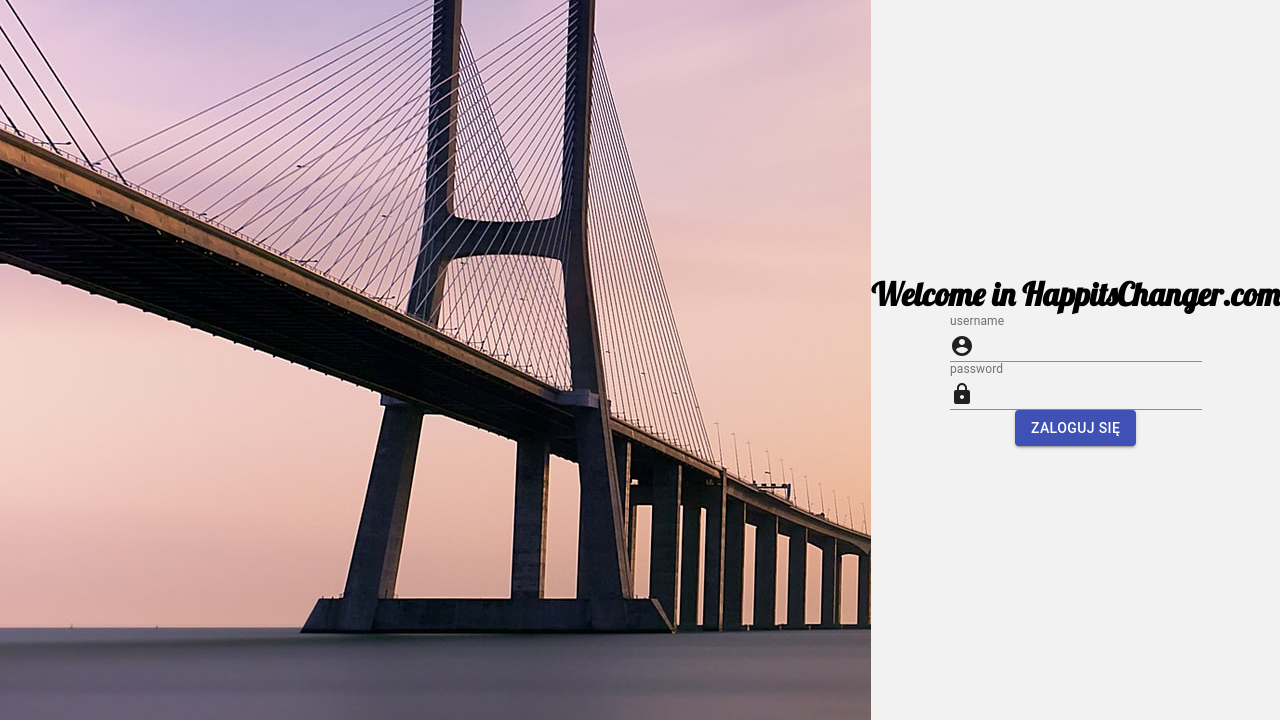
Repository: pgruca96/HappitsChanger
Page: /
These files come from the project's save history. The page is drawn as it stood at one moment and after the next save; the edit follows.
The browser window is 1280 px wide. The pictures show the whole page.
The project was rebuilt for these pictures with package versions that can differ from the ones it lists, and the page was loaded fresh each time.

Above is the page before, as saved 2020-10-25 15:04:08.

After the next save:
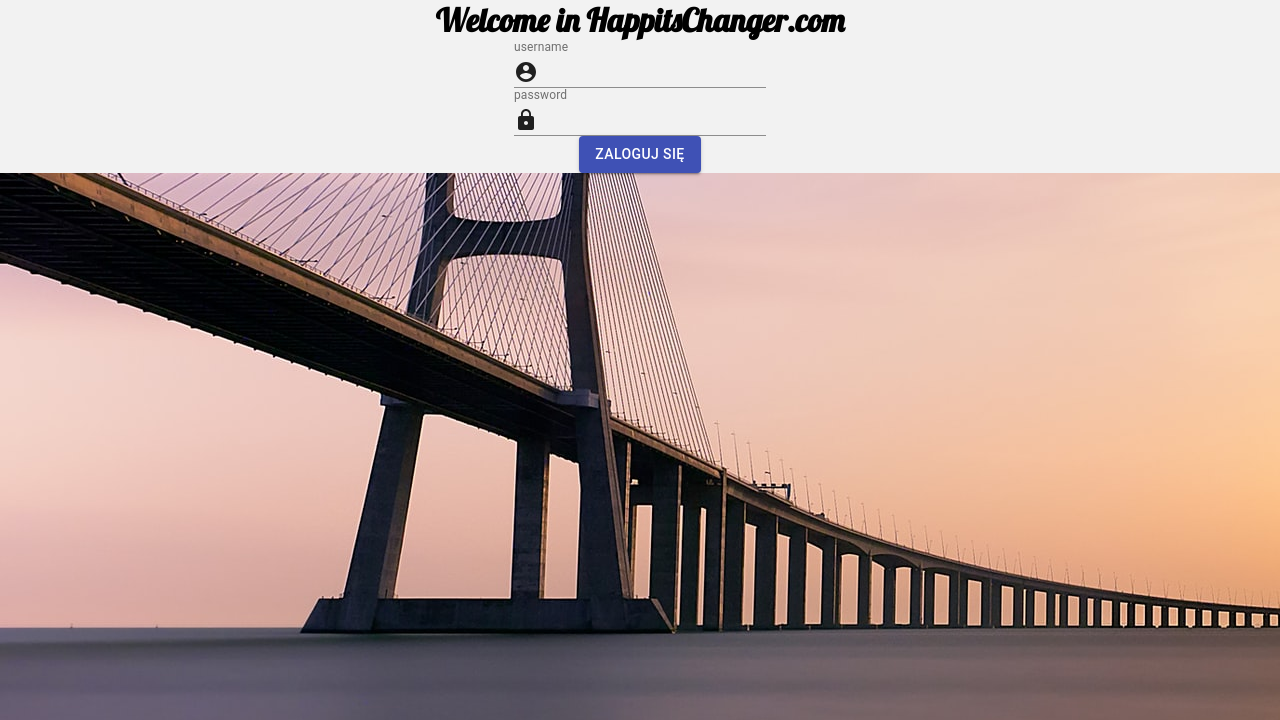
Saved 45 s later.
--- a/src/containers/loginPage/index.js
+++ b/src/containers/loginPage/index.js
@@ -8,7 +8,9 @@ const LoginPage = () => {
     <Grid container>
       <Grid item xs={12}>
         <LoginPageContainer>
-          <LoginFormContainer />
+          <Grid item xs={12}>
+            <LoginFormContainer />
+          </Grid>
         </LoginPageContainer>
       </Grid>
     </Grid>
